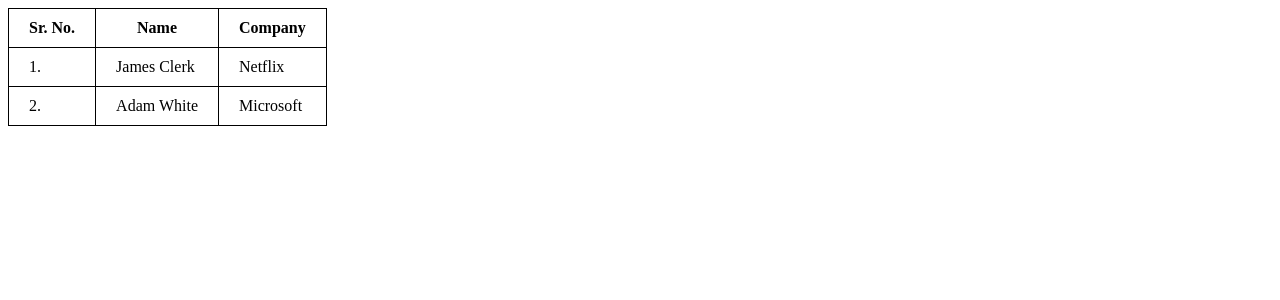
Repository: lhggiang/bangcuuchuong
Page: index.html
The author's editor kept a copy of each file at every save. The page is drawn from the files as they stood at one save, then again after the next save.
The browser window is 1280 px wide. The pictures show the whole page.

Above is the page before, as saved 2023-05-19 07:25:26.

After the next save:
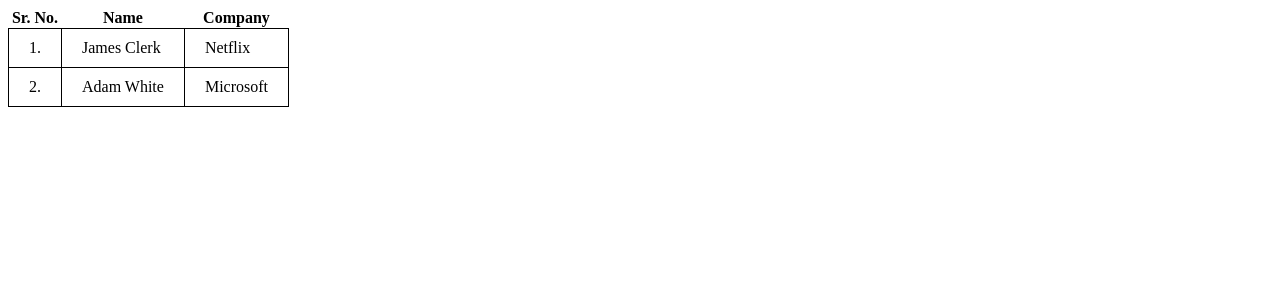
Saved 19 s later.
--- a/index.html
+++ b/index.html
@@ -12,7 +12,6 @@
             border-spacing: 0;
         }
 
-        th,
         td {
             padding: 10px 20px;
             border: 1px solid #000;
